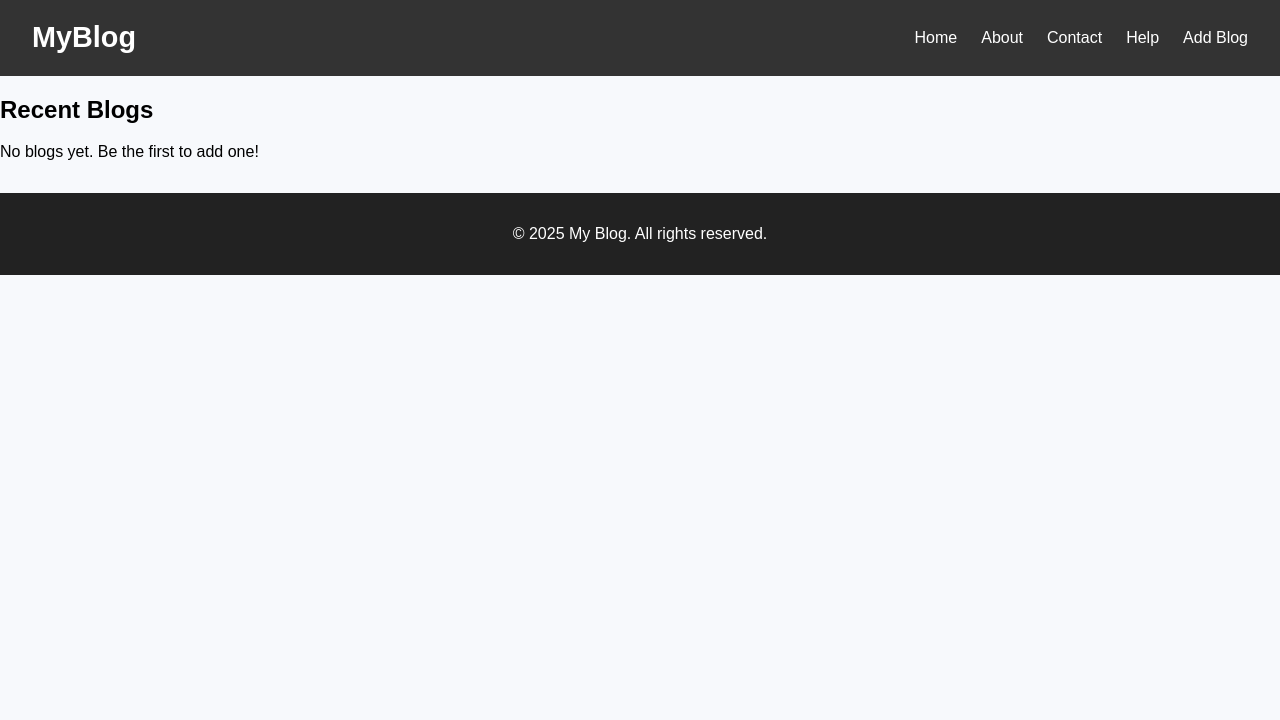
Repository: ankitg-02/FLASK
Page: http://localhost/
The author's editor kept a copy of each file at every save. The page is drawn from the files as they stood at one save, then again after the next save.
The browser window is 1280 px wide. The pictures show the whole page.
The page is served by the project's application, run on Flask 3 (app.py). Queries for data that is not in the repository find no rows.

Above is the page before, as saved 2025-05-19 16:30:25.

### Project2/templates/index.html
{% extends "base.html" %} {% block title %}Home | My Blog{% endblock %} {% block
content %}
<h2 class="text-center mb-4">Recent Blogs</h2>
{% for blog in blogs %}
<div class="card mb-3">
  <div class="card-body">
    <h5 class="card-title">{{ blog.title }}</h5>
    <p class="card-text">{{ blog.content }}</p>
  </div>
</div>
{% else %}
<p class="text-center">No blogs yet. Be the first to add one!</p>
{% endfor %} {% endblock %}

### Project2/templates/base.html
<!DOCTYPE html>
<html lang="en">
  <head>
    <meta charset="UTF-8" />
    <title>{% block title %}My Blog{% endblock %}</title>
    <link
      rel="stylesheet"
      href="{{ url_for('static', filename='css/style.css') }}"
    />
    <meta name="viewport" content="width=device-width, initial-scale=1" />
  </head>
  <body>
    <div class="wrapper">
      <nav class="navbar">
        <div class="nav-container">
          <a href="{{ url_for('index') }}" class="nav-logo">MyBlog</a>
          <ul class="nav-menu" id="nav-menu">
            <li><a href="{{ url_for('index') }}" class="nav-link">Home</a></li>
            <li><a href="{{ url_for('about') }}" class="nav-link">About</a></li>
            <li>
              <a href="{{ url_for('contact') }}" class="nav-link">Contact</a>
            </li>
            <li><a href="{{ url_for('help') }}" class="nav-link">Help</a></li>
            <li>
              <a
                href="{{ url_for('add_blog') }}"
                class="nav-link nav-link-button"
                >Add Blog</a
              >
            </li>
          </ul>
          <div class="nav-toggle" id="nav-toggle">
            <span></span>
            <span></span>
            <span></span>
          </div>
        </div>
      </nav>

      <main>{% block content %}{% endblock %}</main>

      <footer class="footer">
        <p>&copy; 2025 My Blog. All rights reserved.</p>
      </footer>
    </div>

    <script>
      const navToggle = document.getElementById("nav-toggle");
      const navMenu = document.getElementById("nav-menu");

      navToggle.addEventListener("click", () => {
        navMenu.classList.toggle("nav-menu_visible");
        navToggle.classList.toggle("nav-toggle_active");
      });
    </script>
  </body>
</html>

### Project2/app.py
from flask import Flask, render_template, request, redirect, url_for, flash
from flask_sqlalchemy import SQLAlchemy
from flask_login import LoginManager, UserMixin, login_user, login_required, logout_user, current_user
from werkzeug.security import generate_password_hash, check_password_hash
from datetime import datetime

app = Flask(__name__)
app.secret_key = "secretkey"

# Database configuration
app.config['SQLALCHEMY_DATABASE_URI'] = 'sqlite:///blogs.db'
app.config['SQLALCHEMY_TRACK_MODIFICATIONS'] = False
db = SQLAlchemy(app)

# Flask-Login setup
login_manager = LoginManager()
login_manager.init_app(app)
login_manager.login_view = 'login'

# User model
class User(db.Model, UserMixin):
    id = db.Column(db.Integer, primary_key=True)
    username = db.Column(db.String(100), unique=True, nullable=False)
    email = db.Column(db.String(120), unique=True, nullable=False)
    password = db.Column(db.String(200), nullable=False)

# Blog model
class Blog(db.Model):
    id = db.Column(db.Integer, primary_key=True)
    author = db.Column(db.String(100), nullable=False)
    email = db.Column(db.String(120), nullable=False)
    phone = db.Column(db.String(15), nullable=False)
    title = db.Column(db.String(200), nullable=False)
    content = db.Column(db.Text, nullable=False)
    date_posted = db.Column(db.DateTime, default=datetime.utcnow)

@login_manager.user_loader
def load_user(user_id):
    return User.query.get(int(user_id))

# Routes
@app.route('/')
def index():
    blogs = Blog.query.order_by(Blog.date_posted.desc()).all()
    return render_template('index.html', blogs=blogs)

@app.route('/about')
def about():
    return render_template('about.html')

@app.route('/contact')
def contact():
    return render_template('contact.html')

@app.route('/help')
def help():
    return render_template('help.html')

@app.route('/add_blog', methods=['GET', 'POST'])
@login_required
def add_blog():
    if request.method == 'POST':
        author = request.form['author']
        email = request.form['email']
        phone = request.form['phone']
        title = request.form['title']
        content = request.form['content']

        new_blog = Blog(
            author=author,
            email=email,
            phone=phone,
            title=title,
            content=content
        )

        try:
            db.session.add(new_blog)
            db.session.commit()
            flash("✅ Blog added successfully!", "success")
            return redirect(url_for('index'))
        except Exception as e:
            flash(f"❌ Error: {str(e)}", "danger")
            return redirect(url_for('add_blog'))

    return render_template('add_blog.html')

@app.route('/signup', methods=['GET', 'POST'])
def signup():
    if request.method == 'POST':
        username = request.form['username']
        email = request.form['email']
        password = generate_password_hash(request.form['password'])

        user = User(username=username, email=email, password=password)
        try:
            db.session.add(user)
            db.session.commit()
            flash("✅ Account created. Please log in.", "success")
            return redirect(url_for('login'))
        except:
            flash("❌ Username or Email already exists.", "danger")
            return redirect(url_for('signup'))

    return render_template('signup.html')

@app.route('/login', methods=['GET', 'POST'])
def login():
    if request.method == 'POST':
        email = request.form['email']
        password = request.form['password']
        user = User.query.filter_by(email=email).first()
        if user and check_password_hash(user.password, password):
            login_user(user)
            flash("✅ Logged in successfully.", "success")
            return redirect(url_for('index'))
        else:
            flash("❌ Invalid credentials.", "danger")
            return redirect(url_for('login'))
    return render_template('login.html')

@app.route('/logout')
@login_required
def logout():
    logout_user()
    flash("🔒 Logged out.", "info")
    return redirect(url_for('index'))

# Run app
if __name__ == '__main__':
    with app.app_context():
        db.create_all()
    app.run(debug=True)

### Project2/static/css/style.css
body {
  margin: 0;
  font-family: 'Poppins', sans-serif;
  background-color: #f7f9fc;
}

.navbar {
  background-color: #333;
  color: white;
  padding: 0.8rem 2rem;
  position: sticky;
  top: 0;
  z-index: 1000;
}

.nav-container {
  display: flex;
  justify-content: space-between;
  align-items: center;
}

.nav-logo {
  font-size: 1.8rem;
  font-weight: bold;
  color: white;
  text-decoration: none;
}

.nav-menu {
  list-style: none;
  display: flex;
  gap: 1.5rem;
}

.nav-link {
  text-decoration: none;
  color: white;
  transition: color 0.3s ease;
}

.nav-link:hover {
  color: #00bfff;
}

.nav-button {
  background-color: #00bfff;
  padding: 0.5rem 1rem;
  border-radius: 5px;
  color: white;
}

.nav-toggle {
  display: none;
  flex-direction: column;
  cursor: pointer;
}

.nav-toggle .bar {
  height: 3px;
  width: 25px;
  background-color: white;
  margin: 4px 0;
  transition: all 0.3s;
}

/* Mobile view */
@media (max-width: 768px) {
  .nav-menu {
    flex-direction: column;
    position: absolute;
    top: 60px;
    right: 0;
    background-color: #333;
    width: 100%;
    max-height: 0;
    overflow: hidden;
    transition: max-height 0.3s ease;
  }

  .nav-menu-visible {
    max-height: 400px;
  }

  .nav-toggle {
    display: flex;
  }

  .nav-menu li {
    margin: 1rem 0;
    text-align: center;
  }
}

.main-content {
  padding: 2rem;
  text-align: center;
}

.footer {
  background-color: #222;
  color: white;
  text-align: center;
  padding: 1rem 0;
  margin-top: 2rem;
}
.form-container {
  max-width: 500px;
  margin: 2rem auto;
  background-color: #ffffff;
  padding: 2rem;
  border-radius: 10px;
  box-shadow: 0 8px 20px rgba(0, 0, 0, 0.05);
  text-align: center;
}

.form-container h2 {
  margin-bottom: 1rem;
  color: #333;
}

.form-container form {
  display: flex;
  flex-direction: column;
  gap: 1rem;
}

.form-container input,
.form-container textarea {
  padding: 0.75rem;
  border: 1px solid #ccc;
  border-radius: 8px;
  font-size: 1rem;
}

.form-container textarea {
  resize: vertical;
}

.form-button {
  background-color: #00bfff;
  color: white;
  padding: 0.75rem;
  border: none;
  border-radius: 8px;
  cursor: pointer;
  transition: background-color 0.3s ease;
  font-size: 1rem;
}

.form-button:hover {
  background-color: #009ace;
}

.form-container p {
  margin-top: 1rem;
  font-size: 0.95rem;
}

.form-container a {
  color: #00bfff;
  text-decoration: none;
}

After the next save:
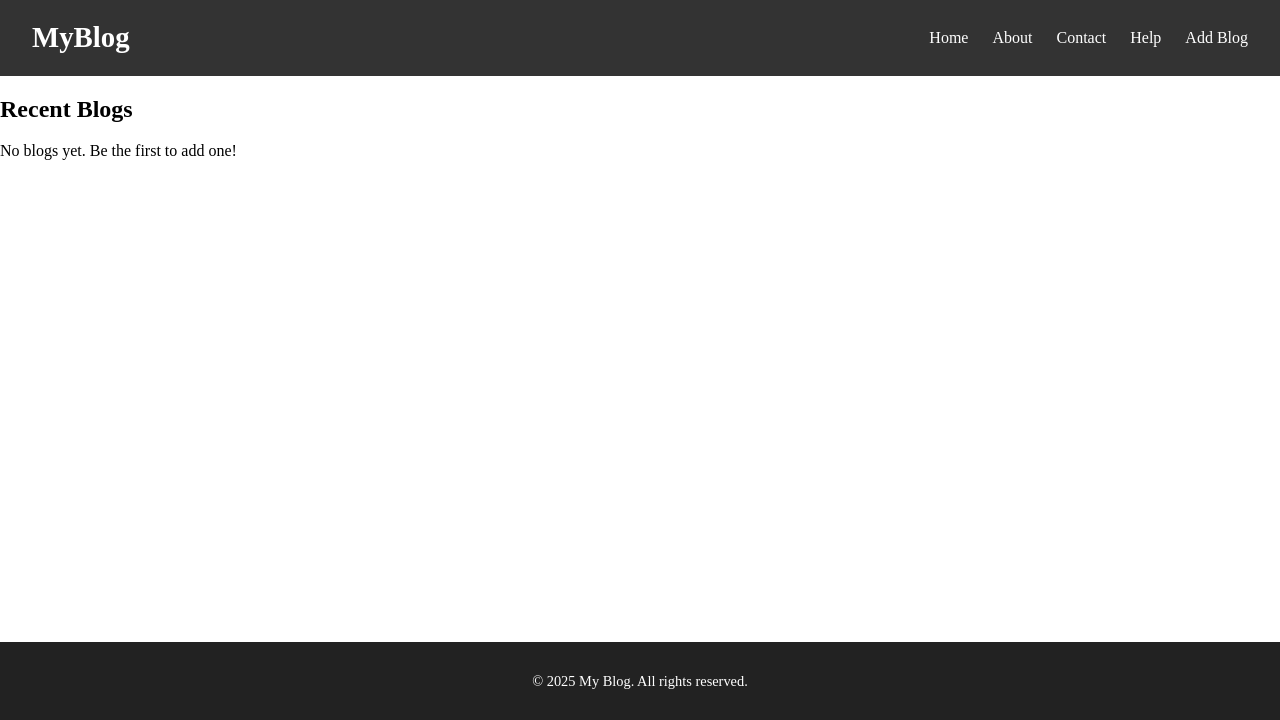
Saved 79 s later.
--- a/Project2/static/css/style.css
+++ b/Project2/static/css/style.css
@@ -1,7 +1,16 @@
-body {
+html, body {
+  height: 100%;
   margin: 0;
-  font-family: 'Poppins', sans-serif;
-  background-color: #f7f9fc;
+  padding: 0;
+}
+
+.wrapper {
+  display: flex;
+  flex-direction: column;
+  min-height: 100vh;
+}
+main {
+  flex: 1;
 }
 
 .navbar {
@@ -98,10 +107,10 @@ body {
 
 .footer {
   background-color: #222;
-  color: white;
+  color: #fff;
+  padding: 1rem;
   text-align: center;
-  padding: 1rem 0;
-  margin-top: 2rem;
+  font-size: 0.9rem;
 }
 .form-container {
   max-width: 500px;
